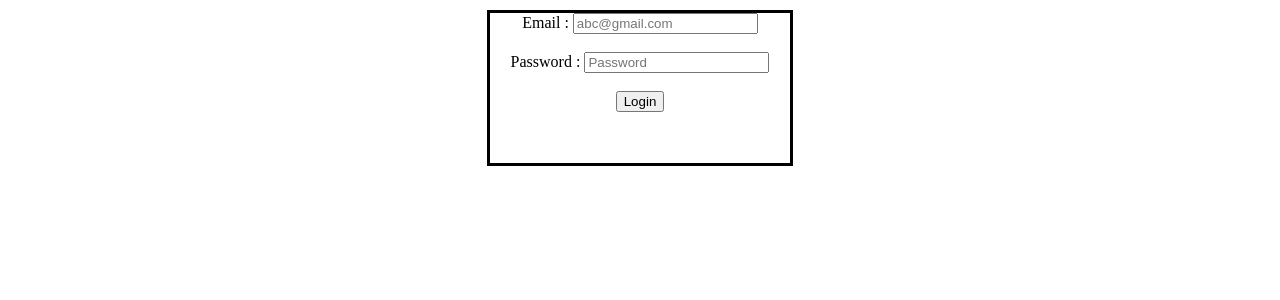
Repository: KD3-86718-yagywalky/Advance-java
Page: http://localhost/Assignment04/
The author's editor kept a copy of each file at every save. The page is drawn from the files as they stood at one save, then again after the next save.
The browser window is 1280 px wide. The pictures show the whole page.
The page is served by Tomcat 9. Other server files are loaded and not shown.

Above is the page before, as saved 2024-12-05 13:17:00.

### Assignment_04/Assignment04/src/main/webapp/index.jsp
<%@ page language="java" contentType="text/html; charset=ISO-8859-1"
    pageEncoding="ISO-8859-1"%>
<!DOCTYPE html>
<html>
<head>
<meta charset="ISO-8859-1">
<title>Insert title here</title>
</head>
<body>
<center>

<div style="height: 150px; width: 300px; border: solid; align-self: center; margin: 10px" >

<form action="login.jsp" method="post">
Email : <input type="email" name="email" placeholder="abc@gmail.com"> <br/><br/>
Password : <input type="password" name="passwd" placeholder="Password"> <br/><br/>

<input type="submit" value="Login"> <br/><br/>
</form>
</div>

</body>
</html>

After the next save:
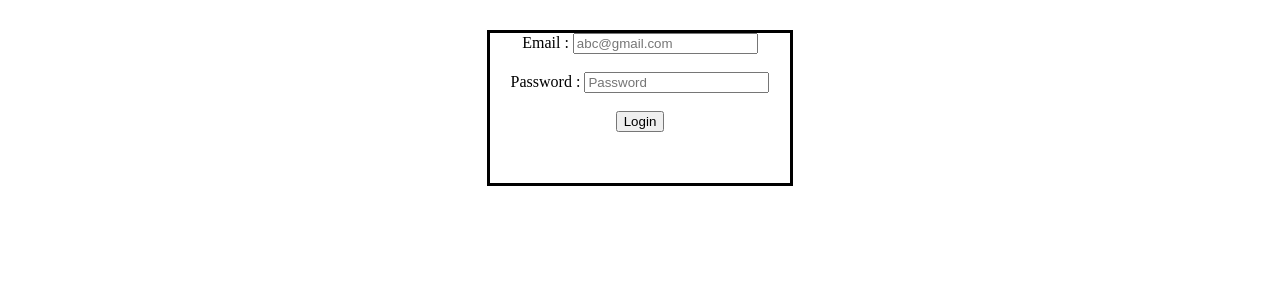
Saved 8 s later.
--- a/Assignment_04/Assignment04/src/main/webapp/index.jsp
+++ b/Assignment_04/Assignment04/src/main/webapp/index.jsp
@@ -9,7 +9,7 @@
 <body>
 <center>
 
-<div style="height: 150px; width: 300px; border: solid; align-self: center; margin: 10px" >
+<div style="height: 150px; width: 300px; border: solid; align-self: center; margin: 30px" >
 
 <form action="login.jsp" method="post">
 Email : <input type="email" name="email" placeholder="abc@gmail.com"> <br/><br/>
